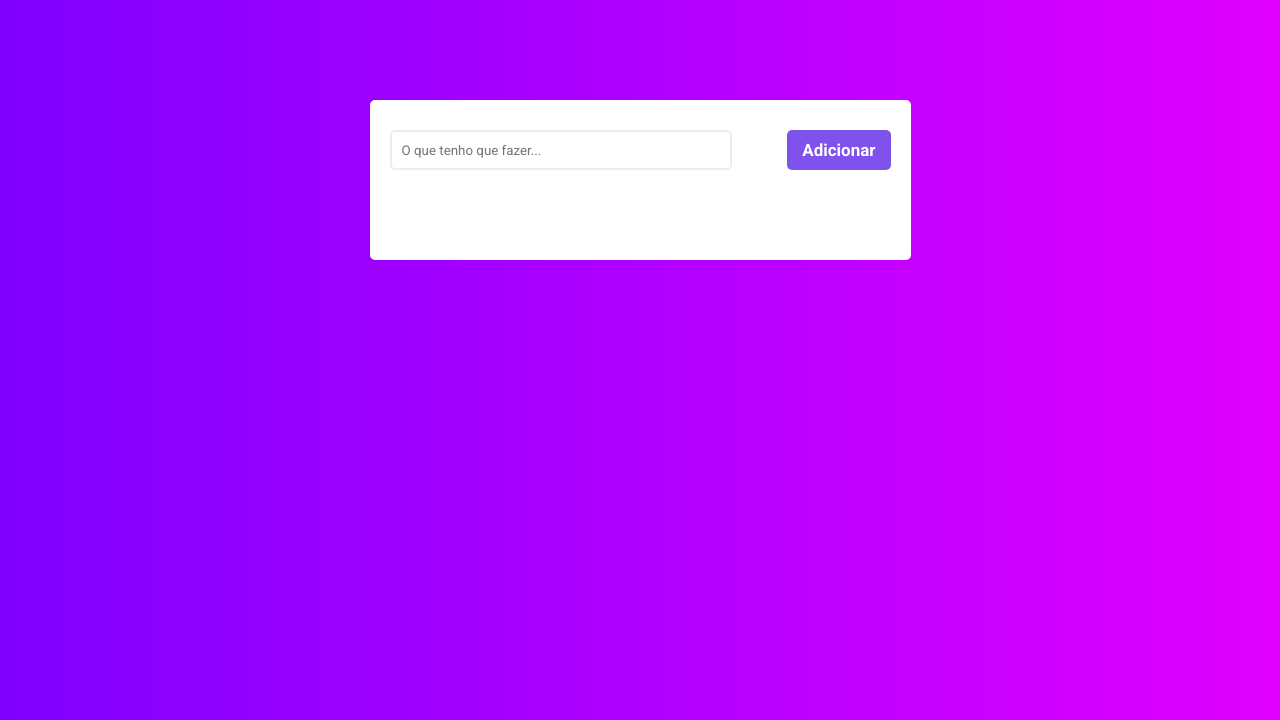
Repository: PLSR12/ToDoList
Page: index.html
An editor plug-in stored every save of this project. The page is shown before and after the next save, followed by the edit.
The browser window is 1280 px wide. The pictures show the whole page.
Some web libraries are served in a nearby version.

Above is the page before, as saved 2022-01-14 12:56:28.

### index.html
<!DOCTYPE html>
<html lang="pt-br">

<head>
    <meta charset="UTF-8">
    <meta http-equiv="X-UA-Compatible" content="IE=edge">
    <meta name="viewport" content="width=device-width, initial-scale=1.0">
    <script src="https://kit.fontawesome.com/7a5bd120bc.js" crossorigin="anonymous"></script>
    <link rel="stylesheet" href="./styles.css">
    <link rel="preconnect" href="https://fonts.googleapis.com">
    <link rel="preconnect" href="https://fonts.gstatic.com" crossorigin>
    <link href="https://fonts.googleapis.com/css2?family=Roboto:wght@100;400;700&display=swap" rel="stylesheet">
    <title> Lista de Tarefas </title>
</head>

<body>

    <div class="container">
        <input id="input-principal" placeholder="O que tenho que fazer...">

        <button id="botao-adicionar"> Adicionar </button>

        <ul id="tarefas">

        </ul>
    </div>

</body>

<script src="./scripts.js">

</script>

</html>

### styles.css

* {
    margin: 0;
    padding: 0;
    box-sizing: border-box;
    outline: none;
    font-family: 'Roboto', sans-serif;
}

body {
    background: linear-gradient(90deg, #7F00FF 0%, #E100FF 100%);
}


#botao-adicionar {
    background: #8052EC;
    border-radius: 5px;
    height: 40px;
    border: none;
    padding: 0 15px;
    color: #FFFFFF;
    font-size: 17px;
    cursor: pointer;
    float: right;
    font-weight: 700;
}

#botao-adicionar:hover{
    opacity: 0.8;
}

#botao-adicionar:active {
    opacity: 0.6;
}

.container {
    background: #FFFFFF;
    max-width: 541px;
    margin-bottom: 100px;
    border-radius: 5px;
    margin-top: 100px;
    margin-left: auto;
    margin-right: auto;
    padding: 30px 20px;
}

#input-principal {
    width: 342px;
    height: 40px;
    border: 2px solid rgba(209, 211, 212, 0.4);
    border-radius: 5px;
    padding-left: 10px;
}

#tarefas {
    width: 100%;
    list-style: none;
    margin-top: 60px;
}

.item-tarefa {
    background: #F2F2F2;
    box-shadow: 1px 4px 10px rgba(0, 0, 0, 0.2);
    border-radius: 5px;
    padding: 20px 45px;
    cursor: pointer;
    position: relative;
    margin-top: 30px;
}

.nome-tarefa {
    color: #000000;
    font-size: 15px;
}

.botao-delete {
    border: none;
    background: transparent;
    position: absolute;
    right: 0;
    top: 0;
    height: 100%;
    width: 40px;
    cursor: pointer;
    opacity: 0;
    transition: opacity 0.5s ease-in-out;
}

.fa-trash{
    color: red;
}

.botao-foguete {
    border: none;
    background: transparent;
    position: absolute;
    left: 0;
    top: 0;
    height: 100%;
    width: 40px;
    cursor: pointer;
    opacity: 0;
    transition: opacity 0.5s ease-in-out;
}

.fa-rocket {
    color:#4F0FC5;
}

.item-tarefa:hover .botao-delete{
    opacity: 1;
}

.item-tarefa:hover .botao-foguete{
    opacity: 1;
}

.concluido{
   background-color: #d4f88d;
   text-decoration: line-through;
}

### scripts.js
let input = document.getElementById("input-principal");
let button = document.getElementById("botao-adicionar");
let tarefa = document.getElementById("nome-tarefa-id");
let listaCompleta = document.getElementById("tarefas");

let arrayDeTarefas = [];
recarregarTarefas();

function mostrarTarefas() {
  let novaLi = "";

  arrayDeTarefas.forEach((tarefa, index) => {
    novaLi =
      novaLi +
      `
        <li class="item-tarefa ${tarefa.concluida == true ? "concluido" : ""} ">
            <button class="botao-foguete" onclick="concluirTarefa(${index})">
                <i class="fas fa-rocket"></i>
            </button>

            <p class="nome-tarefa ${
              tarefa.concluida == true ? "concluido" : ""
            }" id="nome-tarefa-id">${tarefa.tarefa}</p>

            <button class="botao-delete" onclick="deletarTarefa(${index})">
                <i class="fas fa-trash"></i>
            </button>
        </li>
`;
  });

  listaCompleta.innerHTML = novaLi;

  localStorage.setItem("lista", JSON.stringify(arrayDeTarefas));
}

function deletarTarefa(index) {
  arrayDeTarefas.splice(index, 1);

  mostrarTarefas();
}

function adicionarTarefa() {
  if (input.value) {
    arrayDeTarefas.push({
      tarefa: input.value,
      concluida: false,
    });
  } else {
    alert("Digite uma tarefa");
  }

  input.value = "";
  mostrarTarefas();
}

function concluirTarefa(index) {
  arrayDeTarefas[index].concluida = !arrayDeTarefas[index].concluida;

  mostrarTarefas();
}

function recarregarTarefas() {
  let minhasTarefas = localStorage.getItem("lista");

  if (minhasTarefas) {
    arrayDeTarefas = JSON.parse(minhasTarefas);

    mostrarTarefas();
  }
}

function adicionarPeloEnter(teclas) {
  if (teclas.key === "Enter") {
    adicionarTarefa();
  }
}

button.addEventListener("click", adicionarTarefa);

document.addEventListener("keypress", adicionarPeloEnter);

After the next save:
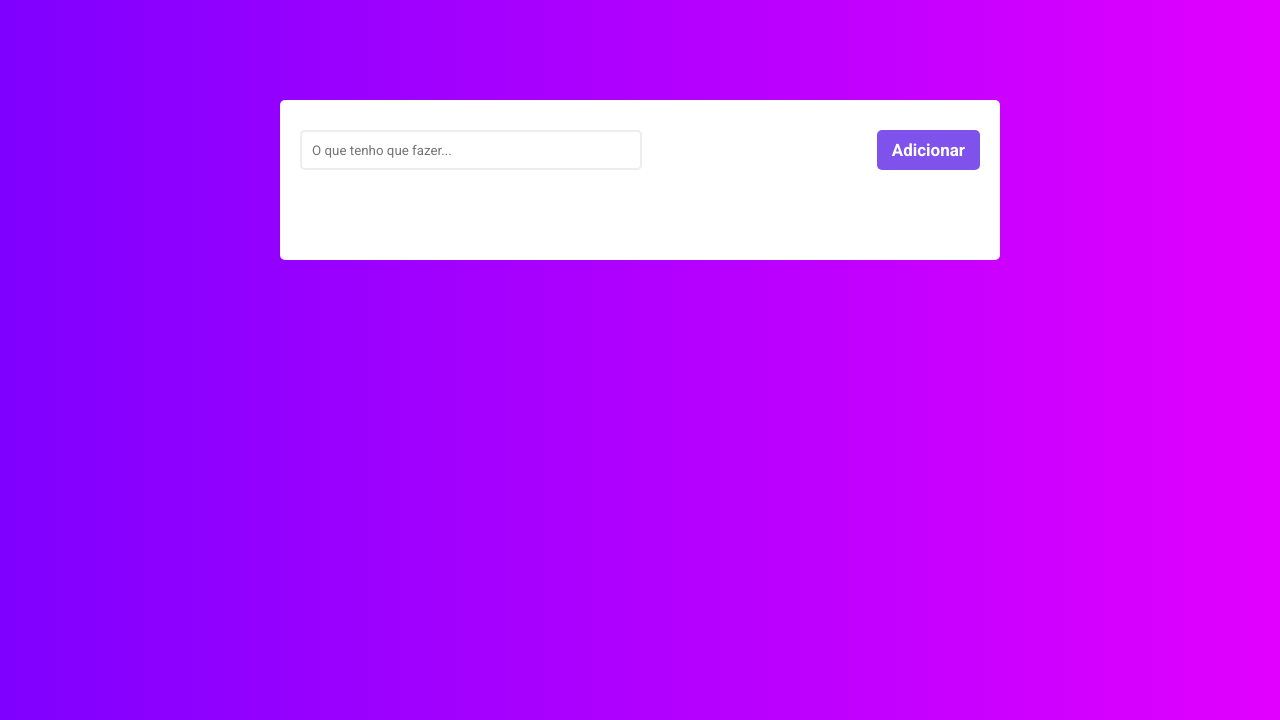
Saved 40 s later.
--- a/styles.css
+++ b/styles.css
@@ -35,7 +35,7 @@ body {
 
 .container {
     background: #FFFFFF;
-    max-width: 541px;
+    max-width: 100vh;
     margin-bottom: 100px;
     border-radius: 5px;
     margin-top: 100px;
